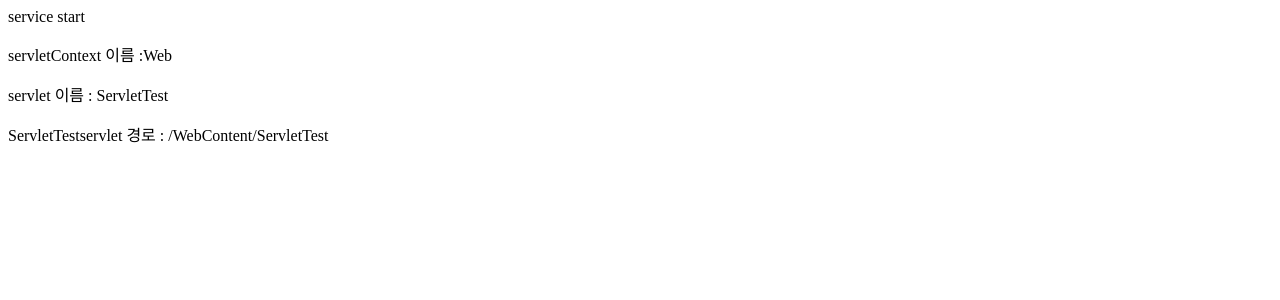
Repository: DrakeJU/eclipse-workspace
Page: http://localhost/Web/ServletTest
The author's editor kept a copy of each file at every save. The page is drawn from the files as they stood at one save, then again after the next save.
The browser window is 1280 px wide. The pictures show the whole page.
The page is served by Tomcat 9. Other server files are loaded and not shown.

Above is the page before, as saved 2017-10-12 08:08:54.

### Web/src/com/servlet/ServletTest.java
package com.servlet;

import java.io.IOException;
import java.io.PrintWriter;

import javax.servlet.ServletException;
import javax.servlet.http.HttpServlet;
import javax.servlet.http.HttpServletRequest;
import javax.servlet.http.HttpServletResponse;

/**
 * Servlet implementation class ServletTest
 */
public class ServletTest extends HttpServlet {
	private static final long serialVersionUID = 1L;

    /**
     * @see HttpServlet#HttpServlet()
     */
    public ServletTest() {
        super();
        // TODO Auto-generated constructor stub
    }

	/**
	 * @see HttpServlet#service(HttpServletRequest request, HttpServletResponse response)
	 */
	protected void service(HttpServletRequest request, HttpServletResponse response) throws ServletException, IOException {
		System.out.println("service");

		//response.setCharacterEncoding("euc_kr");
		response.setContentType("text/html; charset=UTF-8");//한글 되게 하는 두가지 방법

		PrintWriter out = response.getWriter();

		out.print("service start<p>");
		String servletName = getServletName();

		String servletContext = getServletContext().getServletContextName();
		String realPath = getServletContext().getRealPath(servletName);

		out.write("servletContext 이름 :"+servletContext);
		out.write("<p>servlet 이름 : "+servletName);
		out.write("<p>"+servletName+"servlet 경로 : "+realPath);
	}

	/**
	 * @see HttpServlet#doGet(HttpServletRequest request, HttpServletResponse response)
	 */
	protected void doGet(HttpServletRequest request, HttpServletResponse response) throws ServletException, IOException {
		// TODO Auto-generated method stub
		response.getWriter().append("Served at: ").append(request.getContextPath());
	}

	/**
	 * @see HttpServlet#doPost(HttpServletRequest request, HttpServletResponse response)
	 */
	protected void doPost(HttpServletRequest request, HttpServletResponse response) throws ServletException, IOException {
		// TODO Auto-generated method stub
		doGet(request, response);
	}

}

After the next save:
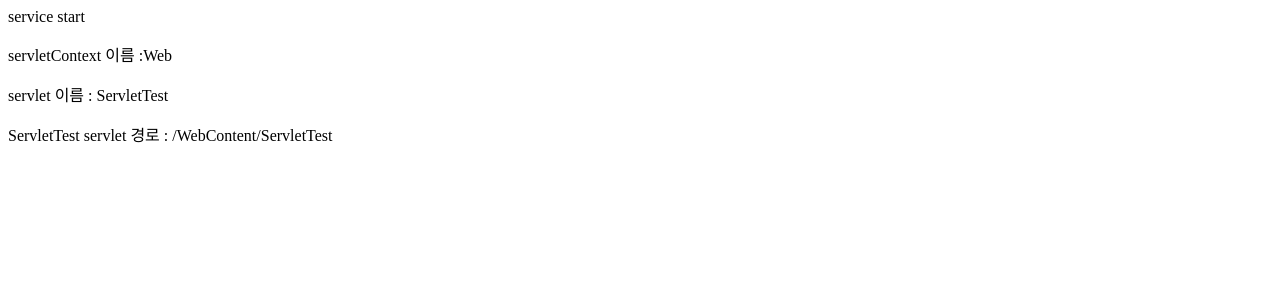
Saved 40 s later.
--- a/Web/src/com/servlet/ServletTest.java
+++ b/Web/src/com/servlet/ServletTest.java
@@ -41,7 +41,7 @@ public class ServletTest extends HttpServlet {
 
 		out.write("servletContext 이름 :"+servletContext);
 		out.write("<p>servlet 이름 : "+servletName);
-		out.write("<p>"+servletName+"servlet 경로 : "+realPath);
+		out.write("<p>"+servletName+" servlet 경로 : "+realPath);
 	}
 
 	/**
